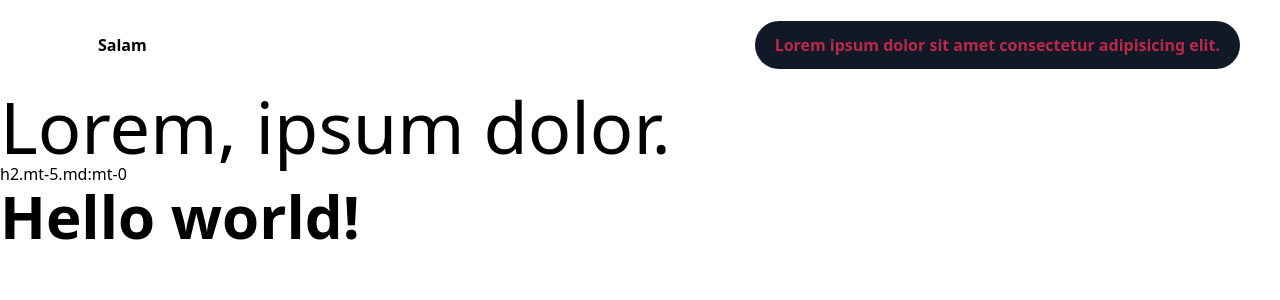
Repository: khaled-m1/Blog-Next.js
Page: /
An editor plug-in stored every save of this project. The page is shown before and after a run of saves, followed by the edit.
The browser window is 1280 px wide. The pictures show the whole page.
The project was rebuilt for these pictures with package versions that can differ from the ones it lists, and the page was loaded fresh each time. The framework's server and built-in components were replaced by stand-ins that run in the browser. Also part of the build but not shown: next.config.js.

Above is the page before, as saved 2023-01-15 23:44:18.

### app/layout.tsx
import "../styles/globals.css";

export default function RootLayout({
  children,
}: {
  children: React.ReactNode;
}) {
  return (
    <html>
      <body>{children}</body>
    </html>
  );
}

### app/(user)/layout.tsx
import { Bannar } from "../../components/Bannar";
import Header from "../../components/Header";
import "../../styles/globals.css";

export default function RootLayout({
  children,
}: {
  children: React.ReactNode;
}) {
  return (
    <html>
      <body>
        <Header />
        <Bannar />
        {children}
      </body>
    </html>
  );
}

### app/(user)/page.tsx
export default function HomePage() {
  return <h1 className="text-6xl  font-bold ">Hello world!</h1>;
}

### styles/globals.css
:root {
  --max-width: 1100px;
  --border-radius: 12px;
  --font-mono: ui-monospace, Menlo, Monaco, "Cascadia Mono", "Segoe UI Mono",
    "Roboto Mono", "Oxygen Mono", "Ubuntu Monospace", "Source Code Pro",
    "Fira Mono", "Droid Sans Mono", "Courier New", monospace;

  --foreground-rgb: 0, 0, 0;
  --background-start-rgb: 214, 219, 220;
  --background-end-rgb: 255, 255, 255;

  --primary-glow: conic-gradient(
    from 180deg at 50% 50%,
    #16abff33 0deg,
    #0885ff33 55deg,
    #54d6ff33 120deg,
    #0071ff33 160deg,
    transparent 360deg
  );
  --secondary-glow: radial-gradient(
    rgba(255, 255, 255, 1),
    rgba(255, 255, 255, 0)
  );

  --tile-start-rgb: 239, 245, 249;
  --tile-end-rgb: 228, 232, 233;
  --tile-border: conic-gradient(
    #00000080,
    #00000040,
    #00000030,
    #00000020,
    #00000010,
    #00000010,
    #00000080
  );

  --callout-rgb: 238, 240, 241;
  --callout-border-rgb: 172, 175, 176;
  --card-rgb: 180, 185, 188;
  --card-border-rgb: 131, 134, 135;
}

@media (prefers-color-scheme: dark) {
  :root {
    --foreground-rgb: 255, 255, 255;
    --background-start-rgb: 0, 0, 0;
    --background-end-rgb: 0, 0, 0;

    --primary-glow: radial-gradient(rgba(1, 65, 255, 0.4), rgba(1, 65, 255, 0));
    --secondary-glow: linear-gradient(
      to bottom right,
      rgba(1, 65, 255, 0),
      rgba(1, 65, 255, 0),
      rgba(1, 65, 255, 0.3)
    );

    --tile-start-rgb: 2, 13, 46;
    --tile-end-rgb: 2, 5, 19;
    --tile-border: conic-gradient(
      #ffffff80,
      #ffffff40,
      #ffffff30,
      #ffffff20,
      #ffffff10,
      #ffffff10,
      #ffffff80
    );

    --callout-rgb: 20, 20, 20;
    --callout-border-rgb: 108, 108, 108;
    --card-rgb: 100, 100, 100;
    --card-border-rgb: 200, 200, 200;
  }
}
* {
  box-sizing: border-box;
  padding: 0;
  margin: 0;
}

html,
body {
  max-width: 100vw;
  overflow-x: hidden;
}

/* body {
  color: rgb(var(--foreground-rgb));
  background: linear-gradient(
      to bottom,
      transparent,
      rgb(var(--background-end-rgb))
    )
    rgb(var(--background-start-rgb));
} */

a {
  color: inherit;
  text-decoration: none;
}

@media (prefers-color-scheme: dark) {
  html {
    color-scheme: dark;
  }
}

@tailwind base;
@tailwind components;
@tailwind utilities;

### components/Bannar.tsx
import React from "react";

export const Bannar = () => {
  return (
    <div>
      <div>
        <h1 className="text-7xl">Lorem, ipsum dolor.</h1>
      h2.mt-5.md:mt-0
      </div>
    </div>
  );
};

### components/Header.tsx
import Image from "next/image";
import Link from "next/link";
import Logo from "../img/LOGO2.png";
import {
  BoltIcon,
  DevicePhoneMobileIcon,
  GlobeAltIcon,
  ScaleIcon,
} from "@heroicons/react/24/outline";
const Header = () => {
  const features = [
    {
      name: "Competitive exchange rates",
      description:
        "Lorem ipsum, dolor sit amet consectetur adipisicing elit. Maiores impedit perferendis suscipit eaque, iste dolor cupiditate blanditiis ratione.",
      icon: GlobeAltIcon,
    },
    {
      name: "No hidden fees",
      description:
        "Lorem ipsum, dolor sit amet consectetur adipisicing elit. Maiores impedit perferendis suscipit eaque, iste dolor cupiditate blanditiis ratione.",
      icon: ScaleIcon,
    },
    {
      name: "Transfers are instant",
      description:
        "Lorem ipsum, dolor sit amet consectetur adipisicing elit. Maiores impedit perferendis suscipit eaque, iste dolor cupiditate blanditiis ratione.",
      icon: BoltIcon,
    },
    {
      name: "Mobile notifications",
      description:
        "Lorem ipsum, dolor sit amet consectetur adipisicing elit. Maiores impedit perferendis suscipit eaque, iste dolor cupiditate blanditiis ratione.",
      icon: DevicePhoneMobileIcon,
    },
  ];
  return (
    <div className="flex items-center justify-between space-x-2 font-bold px-10 py-5">
      <div className="flex items-center space-x-2">
        <Link href="/">
          <Image
            className="rounded-full"
            src={Logo}
            width={50}
            height={50}
            alt="logo"
          />
        </Link>
        <h1>Salam</h1>
      </div>
      {/* 2 */}
      <div>
      <Link href="/" className="px-5 py-3 text-sm md:text-base bg-gray-900 text-[#BA2948] flex items-center rounded-full text-center">
          Lorem ipsum dolor sit amet consectetur adipisicing elit.
        </Link>
      </div>
    </div>
  );
};

export default Header;

Loaded but not shown: tailwind.config.js (common file)

After the next 2 saves:
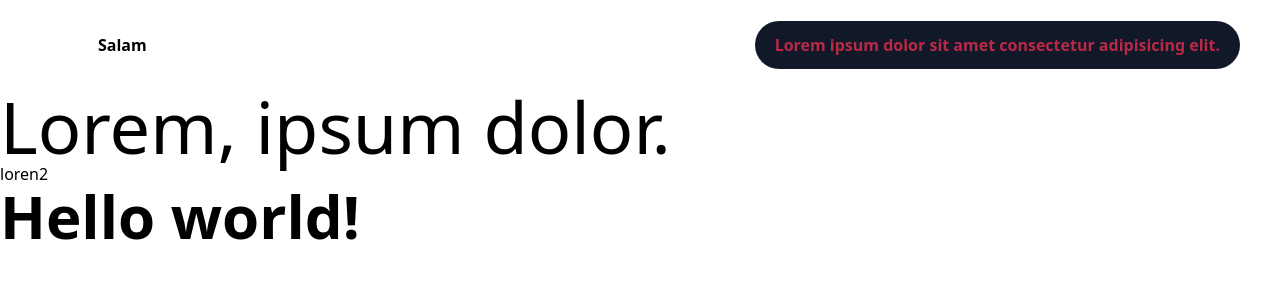
The 2 saves are shown as one change because they came seconds apart.
The last was saved 7 s later.
--- a/components/Bannar.tsx
+++ b/components/Bannar.tsx
@@ -5,7 +5,10 @@ export const Bannar = () => {
     <div>
       <div>
         <h1 className="text-7xl">Lorem, ipsum dolor.</h1>
-      h2.mt-5.md:mt-0
+      <h2 className="mt-5 md:mt-0">
+        loren2
+
+      </h2>
       </div>
     </div>
   );
